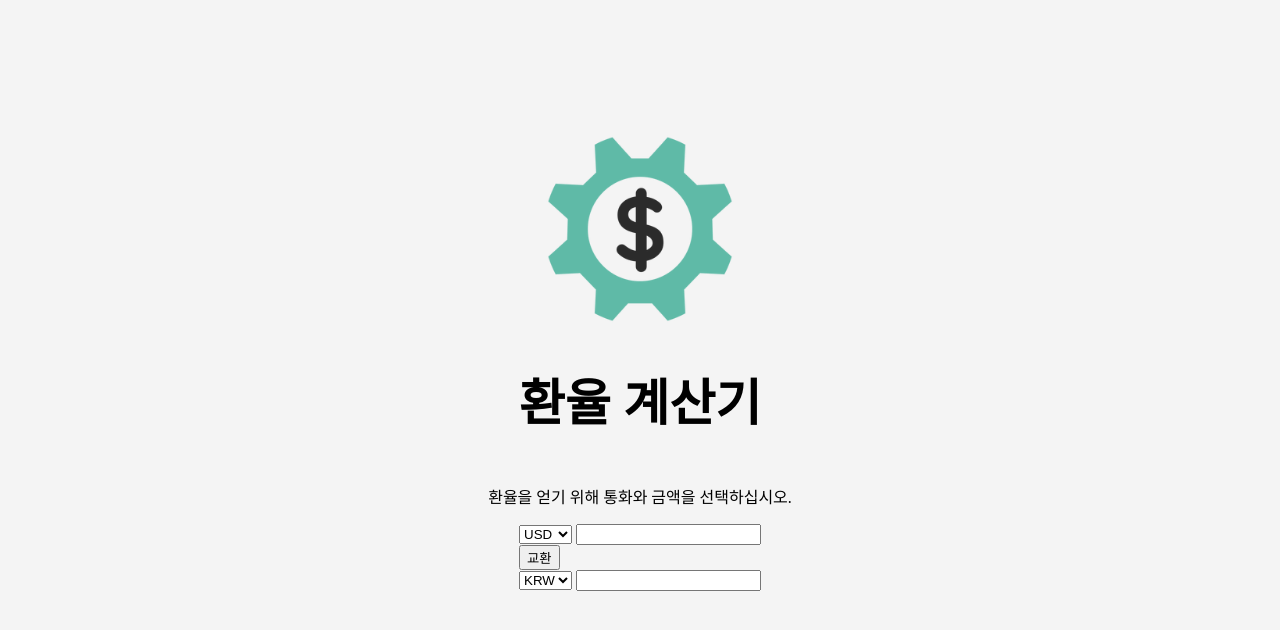
Repository: AbrorjonKuchkarov/exchange-rate
Page: index.html
These files come from the project's save history. The page is drawn as it stood at one moment and after the next save; the edit follows.
The browser window is 1280 px wide. The pictures show the whole page.

Above is the page before, as saved 2022-02-24 01:17:16.

After the next save:
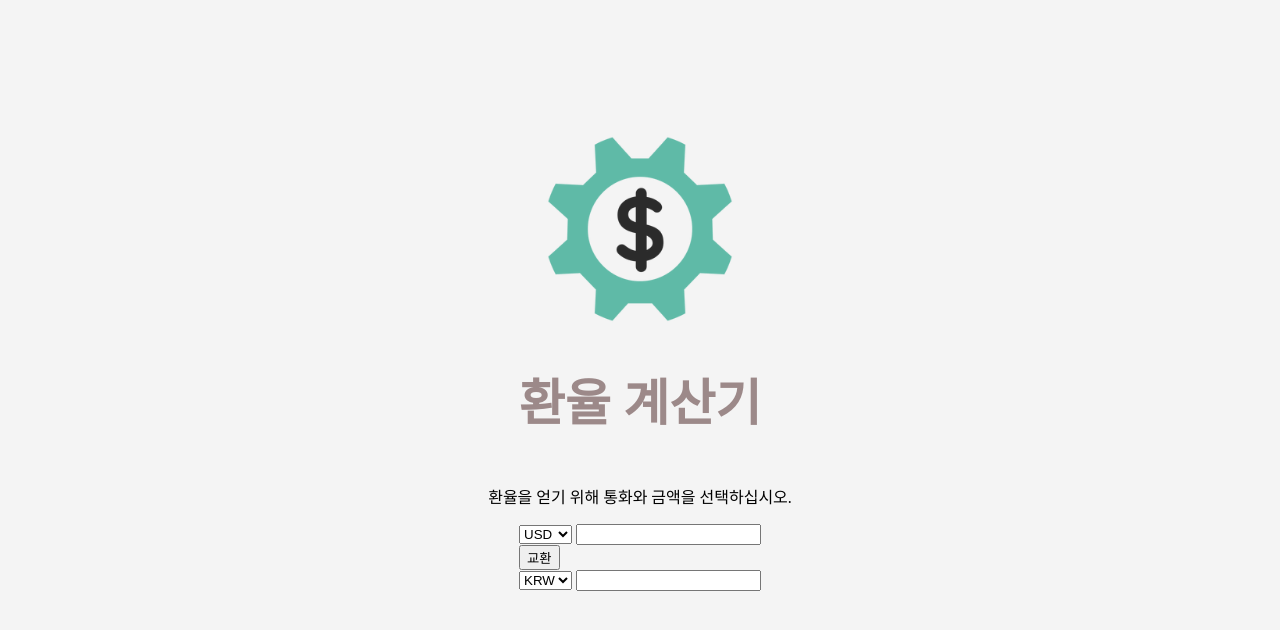
Saved 30 s later.
--- a/style.css
+++ b/style.css
@@ -18,4 +18,5 @@ img {
 
 h1{
    font-size: 50px;
+   color: #9c8989;
 }
